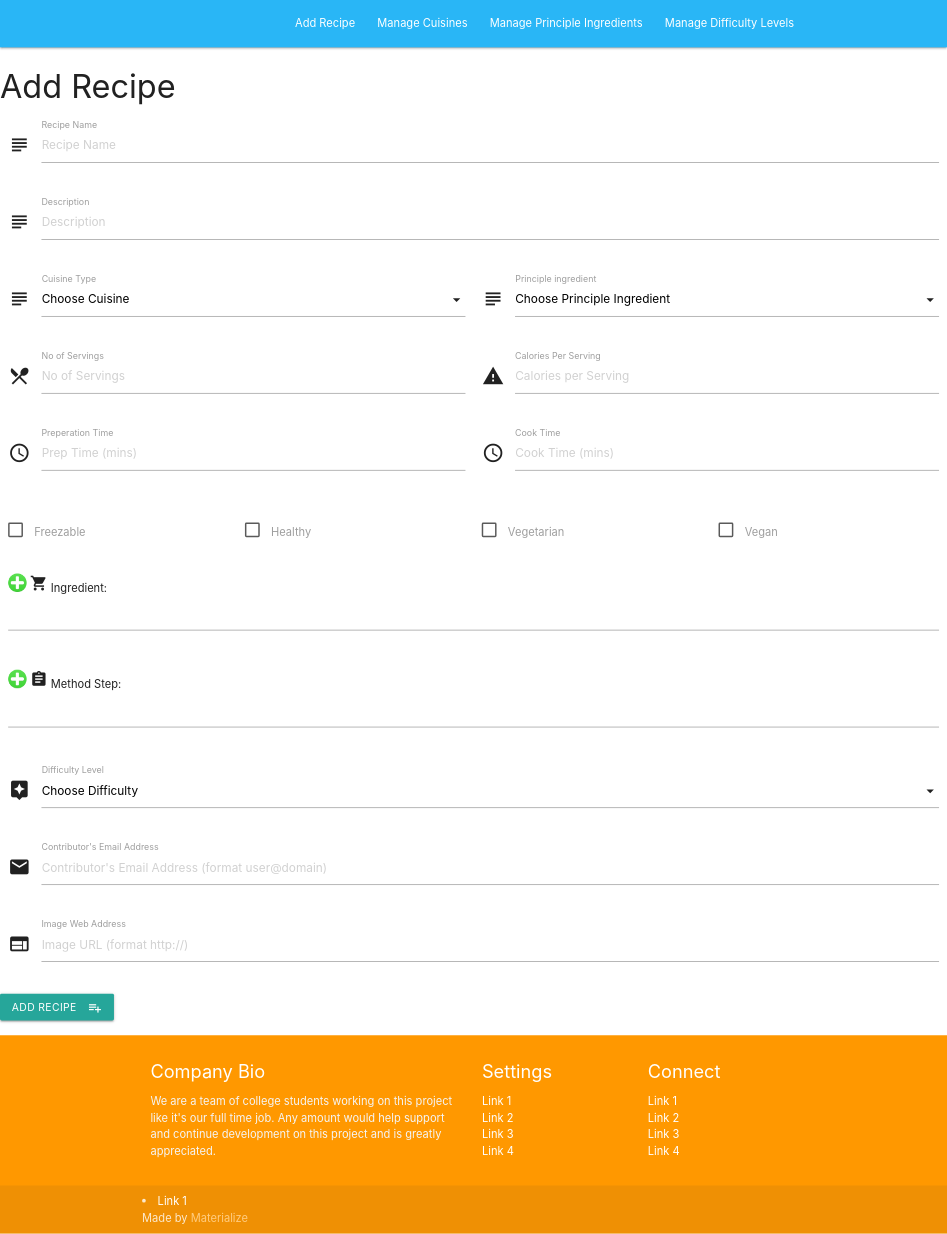
Repository: keefm6776/cookery-website
Page: templates/add_recipe.html
The author's editor kept a record of every edit. The page is drawn from the files as they stood at one moment, then again after the next edit.
The browser window is 1280 px wide. The pictures show the whole page, at 74% of full size.
The page is served by the project's application, run on Flask 3 (app.py). The template is opened directly, without the code that normally fills it, so the values that code supplies are empty.

Above is the page before.

After the next edit:
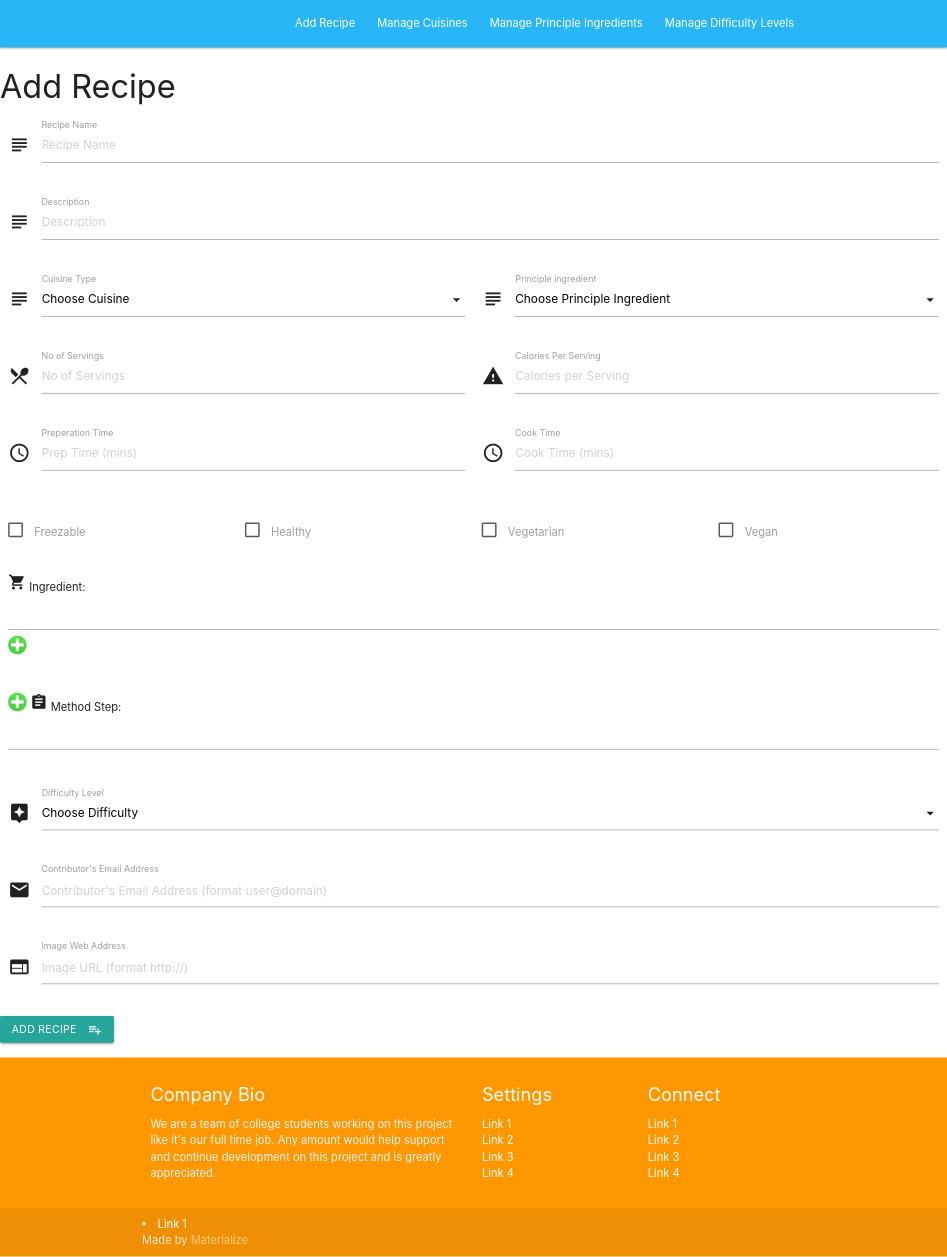
The edit:
--- a/templates/add_recipe.html
+++ b/templates/add_recipe.html
@@ -125,9 +125,9 @@
         <br>
         <div class="field_wrapper">
             <div>
-                <a href="javascript:void(0);" class="add_button" title="Add field"><img src="{{url_for('static', filename='images/add-1-icon.png')}}" alt="Tick" width="25" height="25" /></a>
                 <i class="material-icons prefix">local_grocery_store</i> Ingredient:
                 <input type="text" name="ingredient[]" value="" />
+                <a href="javascript:void(0);" class="add_button" title="Add field"><img src="{{url_for('static', filename='images/add-1-icon.png')}}" alt="Tick" width="25" height="25" /></a>
             </div>
         </div>
 

After the 2 edits that followed:
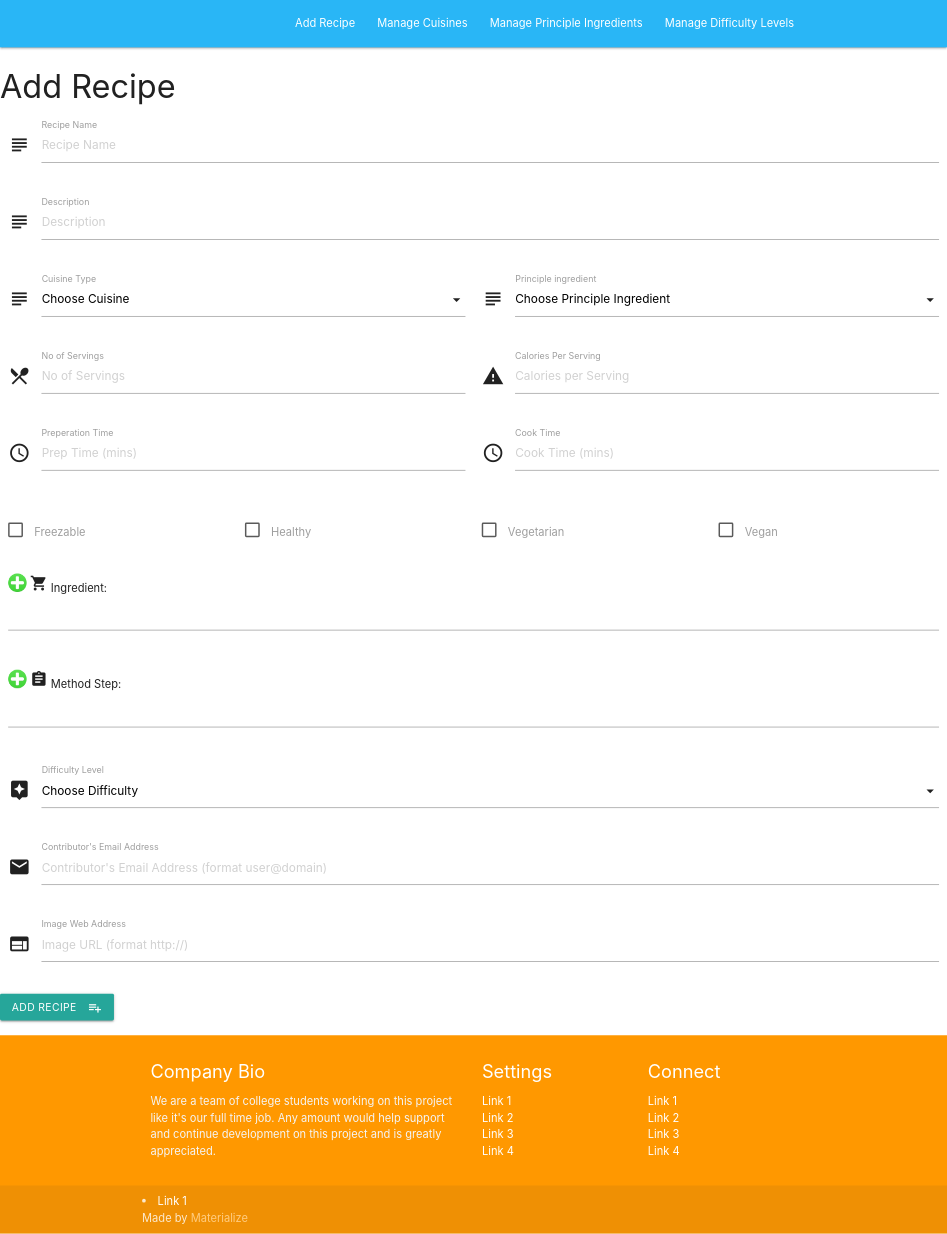
The 2 edits are shown as one change because 1 left the picture as it was.
The edit:
--- a/templates/add_recipe.html
+++ b/templates/add_recipe.html
@@ -125,9 +125,9 @@
         <br>
         <div class="field_wrapper">
             <div>
+                <a href="javascript:void(0);" class="add_button" title="Add field"><img src="{{url_for('static', filename='images/add-1-icon.png')}}" alt="Tick" width="25" height="25" /></a>
                 <i class="material-icons prefix">local_grocery_store</i> Ingredient:
                 <input type="text" name="ingredient[]" value="" />
-                <a href="javascript:void(0);" class="add_button" title="Add field"><img src="{{url_for('static', filename='images/add-1-icon.png')}}" alt="Tick" width="25" height="25" /></a>
             </div>
         </div>
 
